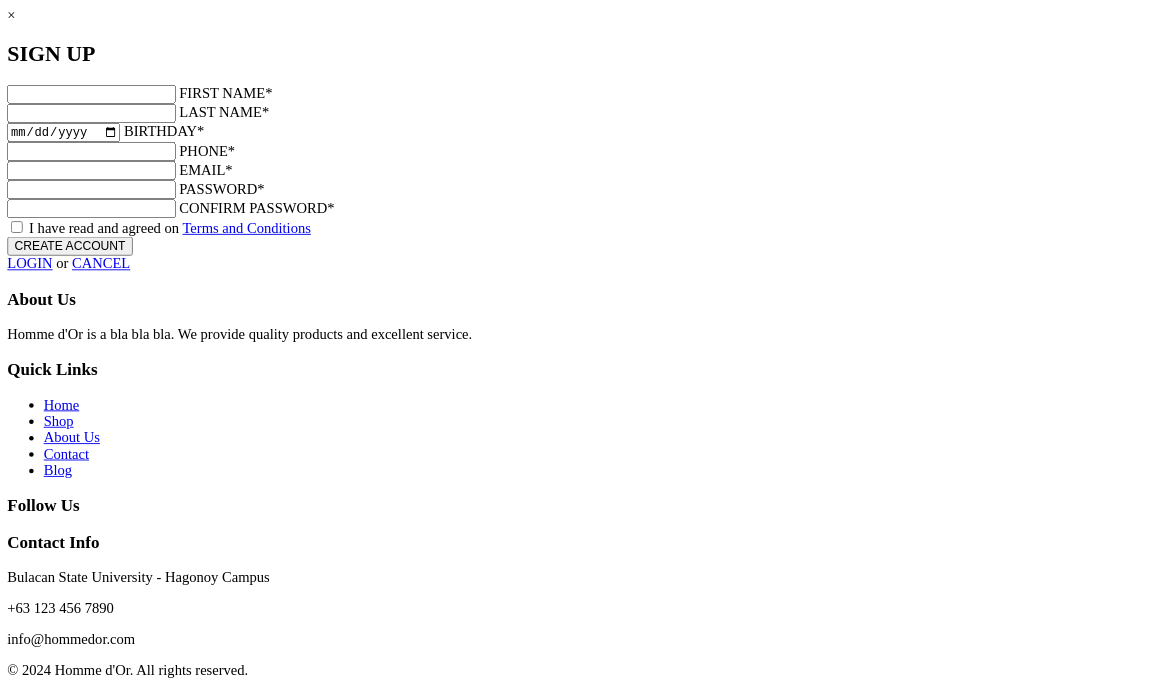
Repository: Izy-Blinken/Homme-d-Or
Page: http://localhost/Homme_dor/components/footer.php
These files come from the project's save history. The page is drawn as it stood at one moment and after the next save; the edit follows.
The browser window is 1280 px wide. The pictures show the whole page, at 91% of full size.
The page is run by PHP 8.4 with error messages shown; the project is at /var/www/html/.

Above is the page before, as saved 2026-01-25 02:34:04.
Console error: SyntaxError: Unexpected token ':'

After the next save:
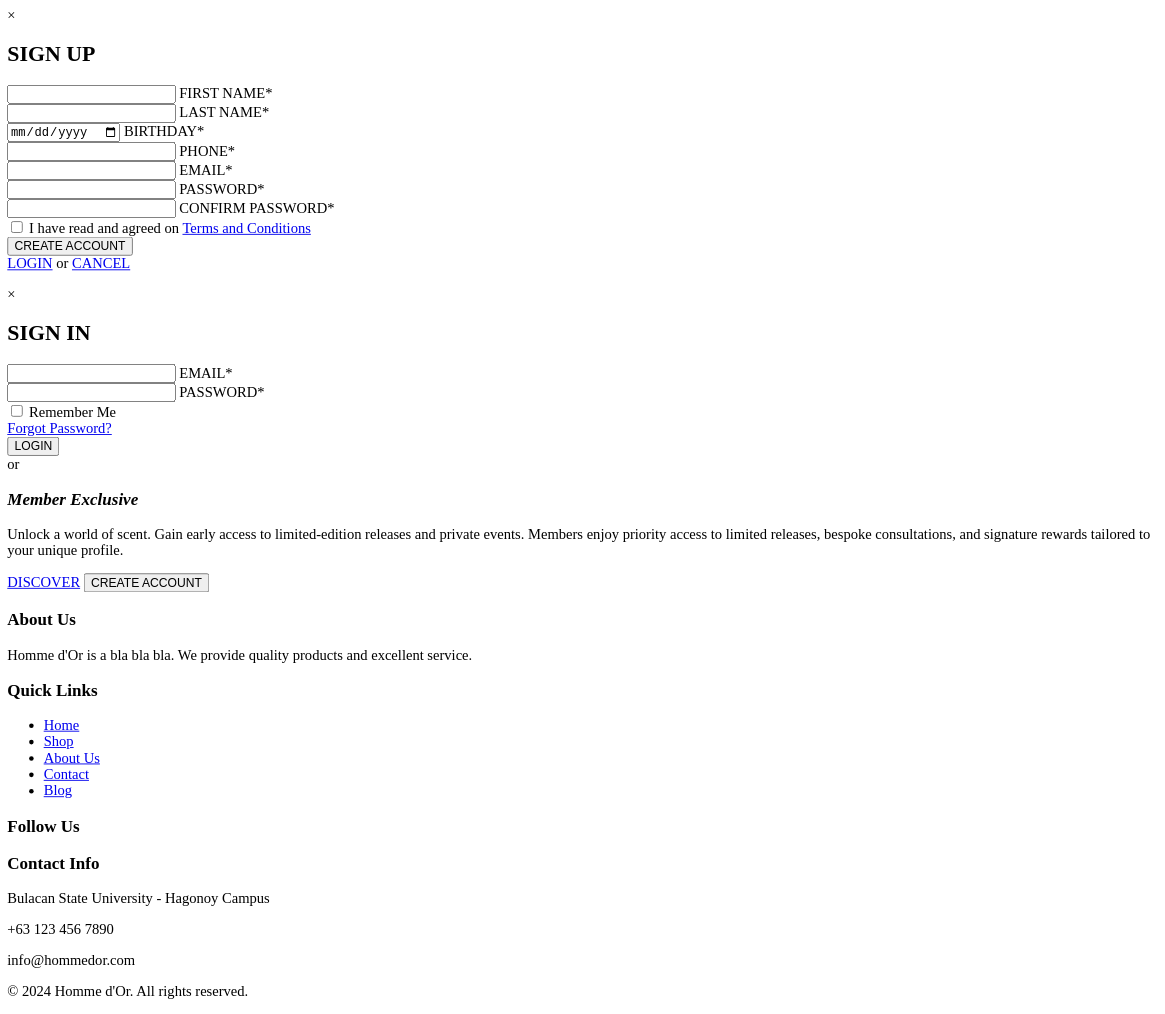
Saved 13 s later.
--- a/components/footer.php
+++ b/components/footer.php
@@ -69,7 +69,62 @@
 </div>
 
 <!--Login Modal-->
+<!-- Login Modal -->
+<div id="loginModal" class="modal">
+    <div class="modal-content modal-content-login">
+        <span class="close">&times;</span>
 
+        <div class="signupTitle">
+            <h2><b>SIGN IN</b></h2>
+        </div>
+
+        <form action="login_process.php" method="POST">
+            <div class="inputGroup">
+                <input type="email" name="email" required>
+                <label>EMAIL*</label>
+            </div>
+
+            <div class="inputGroup">
+                <input type="password" name="password" required>
+                <label>PASSWORD*</label>
+            </div>
+
+            <div class="inputGroupCheckbox checkbox-remember">
+                <input type="checkbox" id="remember" name="remember">
+                <label for="remember">Remember Me</label>
+            </div>
+
+            <div class="forgotP">
+                <a href="forgotP.php">Forgot Password?</a>
+            </div>
+
+            <div class="regBtn">
+                <button type="submit">LOGIN</button>
+            </div>
+
+            <div class="orContainer">
+                <div class="or-divider">
+                    <span>or</span>
+                </div>
+
+                <div class="member-exclusive">
+                    <h3><i><b>Member Exclusive</b></i></h3>
+
+                    <p class="member-description">
+                        Unlock a world of scent. Gain early access to
+                        limited-edition releases and private events.
+                        Members enjoy priority access to limited releases, bespoke consultations, and
+                        signature rewards tailored to your unique profile.
+                    </p>
+
+                    <a href="index.php" class="discover-btn">DISCOVER</a>
+
+                    <button type="button" class="create-account-btn" onclick="closeLoginModal(); openSignupModal();">CREATE ACCOUNT</button>
+                </div>
+            </div>
+        </form>
+    </div>
+</div>
 
 
 <script src="../assets/js/regModal.js"></script>
